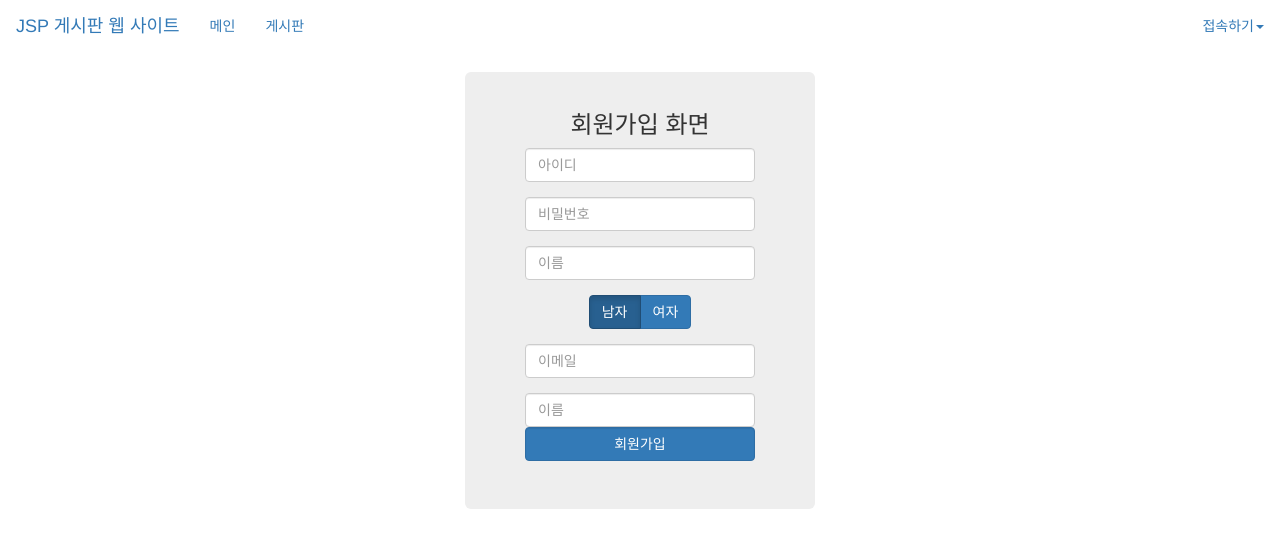
Repository: DDDEPE/mvc
Page: http://localhost/BBS/join.jsp
The author's editor kept a copy of each file at every save. The page is drawn from the files as they stood at one save, then again after the next save.
The browser window is 1280 px wide. The pictures show the whole page.
Some web libraries are served in a nearby version. The page is served by Tomcat 9. Other server files are loaded and not shown.

Above is the page before, as saved 2022-08-18 08:18:36.

### BBS/src/main/webapp/join.jsp
<%@ page language="java" contentType="text/html; charset=UTF-8"
    pageEncoding="UTF-8"%>
<!DOCTYPE html>
<html>
<head>
<meta http-equiv = "Content-Type" content="text/html; charset=UTF-8">
<meta name="viewport" content="width=device-width",initial-scale="1">
<link rel="stylesheet" href="css/bootstrap.css">
<title>JSP 게시판 웹 사이트</title>
</head>
<body>
	<nav class="navbar navbar default">
		<div class="navbar-header">
			<button type = "button" class = "navbar-toggle collapsed"
				data-toggle= "collapse" data-target="#bs-example-navbar-collapse-1"
				aria-expanded="false">
				<span class = "icon-bar"></span>
				<span class = "icon-bsar"></span>
				<span class = "icon-bar"></span>
			</button>
			<a class = "navbar-brand" href="main.jsp">JSP 게시판 웹 사이트</a>
		</div>
		<div class ="collapse navbar-collapse" id ="bs-example-navbar-collapse-1">
			<ul class = "nav navbar-nav">
				<li><a href="main.jsp">메인</a>
				<li><a href="bbs.jsp">게시판</a>
				</ul>
				<ul class = "nav navbar-nav navbar-right">
					<li class = "dropdown">
						<a href="#" class = "dropdown-toggle"
							data-toggle="dropdown" role="button" aria-haspopup="true"
							aria-expanded="false">접속하기<span class="caret"></span></a>
						<ul class = "dropdown-menu">
							<li class = "active"><a href="login.jsp">로그인</a></li>
							<li><a href="join.jsp">회원가입</a></li>
					</ul>
				</li>
			</ul>
		</div>
	</nav>
	<div class = "container">
		<div class ="col-lg-4"></div>
		<div class="col-lg-4">
			<div class="jumbotron" style = "padding-top:20px;">
				<form method = "post" action = "joinAction.jsp">
					<h3 style="text-align: center;">회원가입 화면</h3>
					<div class="form-group">
						<input type = "text" class = "form-control" placeholder="아이디" name="userID" maxlength="20">
					</div>
					<div class ="form-group">
						<input type = "password" class="form-control" placeholder="비밀번호" name="userPassword" maxlength="20">
					</div>
					<div class ="form-group">
						<input type = "text" class="form-control" placeholder="이름" name="userName" maxlength="20">
					</div>
					<div class ="form-group" style="text-align: center;">
						<div class="btn-group" data-toggle="buttons">
							<label class = "btn btn-primary active">
								<input type = "radio" name="userGender" autocomplete = "off" value="남자" checked>남자
							</label>
							<label class = "btn btn-primary">
								<input type = "radio" name="userGender" autocomplete = "off" value="여자" checked>여자
							</label>
						</div>
					</div>
					<div class ="form-group">
						<input type = "email" class="form-control" placeholder="이메일" name="userEmail" maxlength="20">
					</div>
					<div>
						<input type = "text" class="form-control" placeholder="이름" name="userName" maxlength="20">
					</div>
					<input type="submit" class="btn btn-primary form-control" value="회원가입">
				</form>
		</div>
	</div>
	<div class = "col-lg-4"></div>
	</div>
	<script src="https://code.jquery.com/jquery-3.1.1.min.js"></script>
	<script src="js/bootstrap.js"></script>
</body>
</html>

Loaded but not shown: BBS/src/main/webapp/css/bootstrap.css (library); BBS/src/main/webapp/js/bootstrap.js (library)

After the next save:
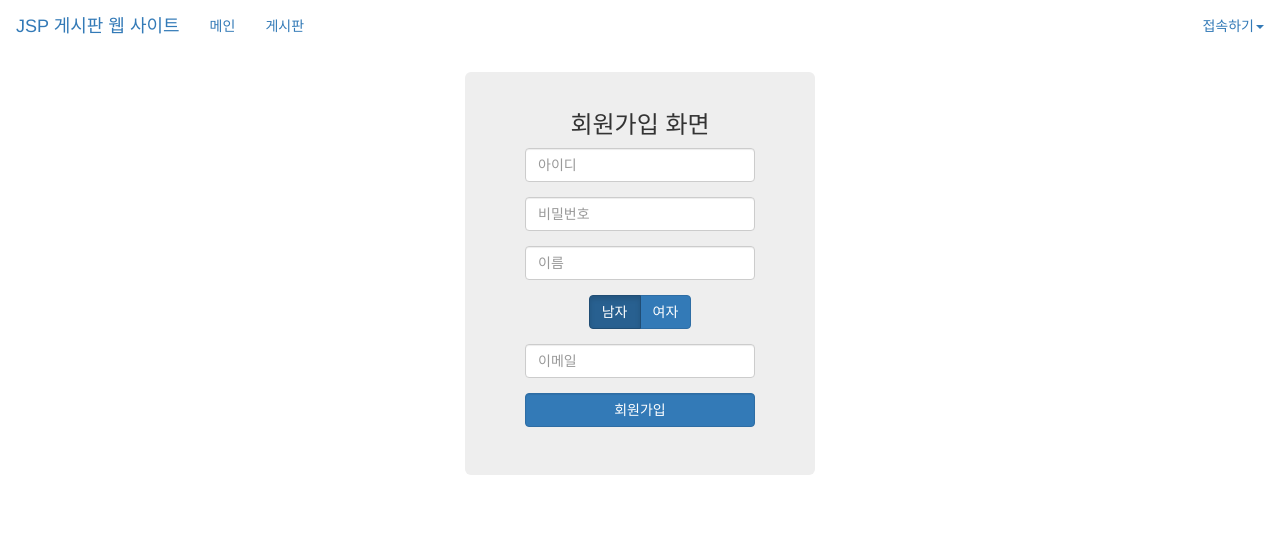
Saved 64 s later.
--- a/BBS/src/main/webapp/join.jsp
+++ b/BBS/src/main/webapp/join.jsp
@@ -66,9 +66,6 @@
 					<div class ="form-group">
 						<input type = "email" class="form-control" placeholder="이메일" name="userEmail" maxlength="20">
 					</div>
-					<div>
-						<input type = "text" class="form-control" placeholder="이름" name="userName" maxlength="20">
-					</div>
 					<input type="submit" class="btn btn-primary form-control" value="회원가입">
 				</form>
 		</div>
